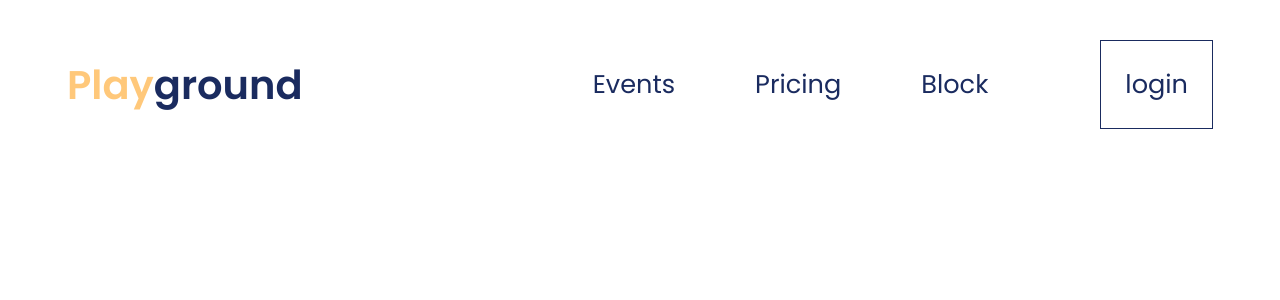
Repository: tuanpham-aptech/front-end
Page: psdtohtml/playgroud/index.html
These files come from the project's save history. The page is drawn as it stood at one moment and after the next save; the edit follows.
The browser window is 1280 px wide. The pictures show the whole page.
Some web libraries are served in a nearby version.

Above is the page before, as saved 2021-10-13 17:29:52.

After the next save:
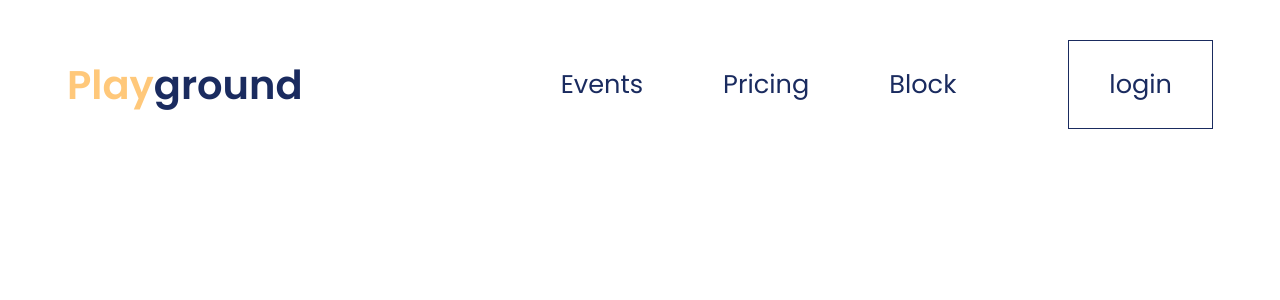
Saved 5 s later.
--- a/psdtohtml/playgroud/assets/css/style.css
+++ b/psdtohtml/playgroud/assets/css/style.css
@@ -54,7 +54,7 @@
 }
 
 .header__login {
-    padding: 1.5rem;
+    padding: 1.5rem 2.5rem;
     display: inline-block;
     border: 1px solid;
 }
